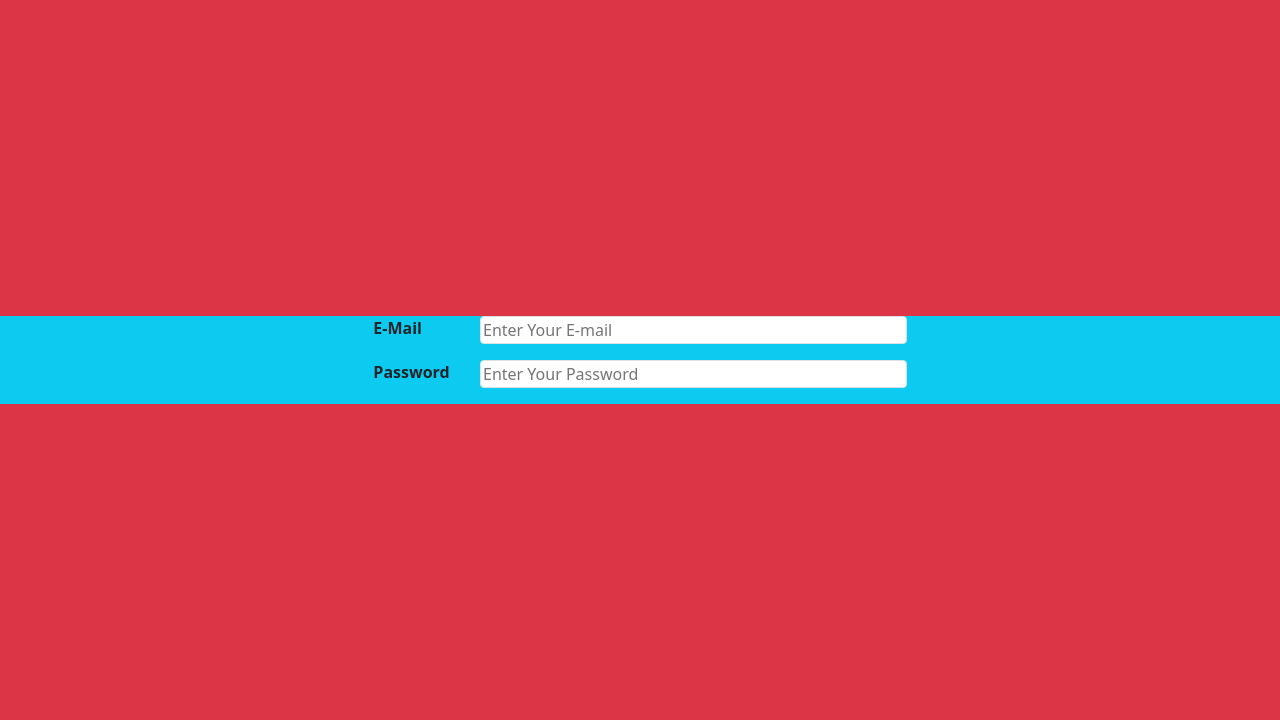
Repository: mariamkhaledsapra/E-Commerce-main
Page: /login
These files come from the project's save history. The page is drawn as it stood at one moment and after the next save; the edit follows.
The browser window is 1280 px wide. The pictures show the whole page.
The project was rebuilt for these pictures with package versions that can differ from the ones it lists, and the page was loaded fresh each time. Also part of the build but not shown: src/App.css, src/components/Navbar.jsx, src/App.js.

Above is the page before, as saved 2024-02-13 21:50:14.

After the next save:
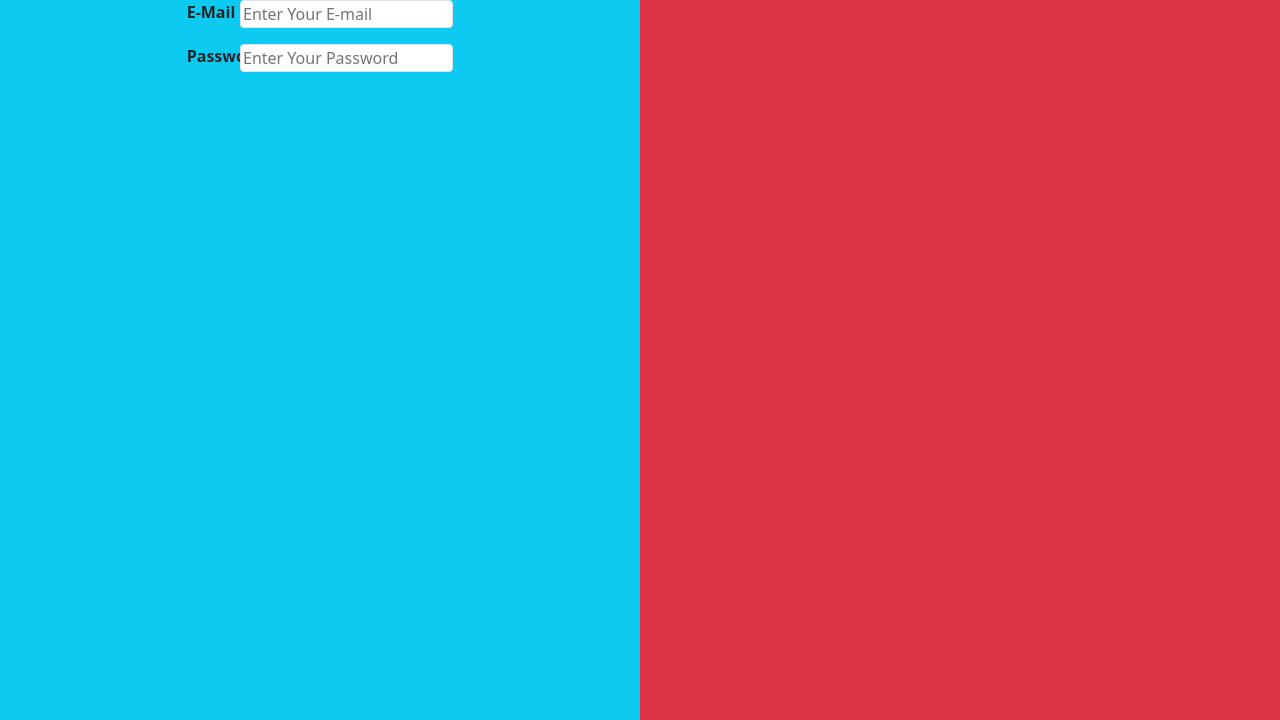
Saved 14 s later.
--- a/src/components/Login.jsx
+++ b/src/components/Login.jsx
@@ -4,7 +4,7 @@
   return (
     <div className="bg-danger d-flex" style={{ height: "100vh" }}>
       {" "}
-      <div className="login  bg-info">
+      <div className="col-6  bg-info">
         {" "}
         <div className="mb-3  d-flex justify-content-center ">
           <label className="fw-bolder col-1">E-Mail</label>

After the 3 saves that followed:
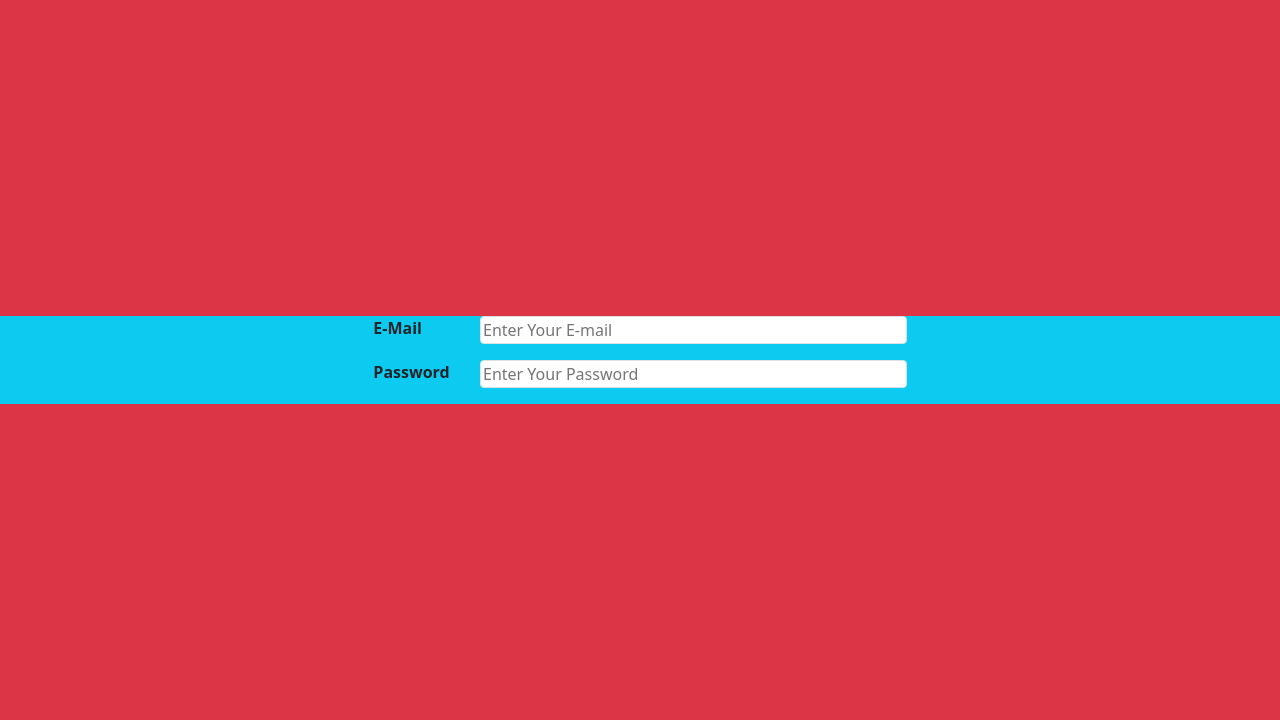
The 3 saves are shown as one change because 1 left the picture as it was and some came seconds apart.
The last was saved 16 s later.
--- a/src/components/Login.jsx
+++ b/src/components/Login.jsx
@@ -4,7 +4,7 @@
   return (
     <div className="bg-danger d-flex" style={{ height: "100vh" }}>
       {" "}
-      <div className="col-6  bg-info">
+      <div className="login  bg-info">
         {" "}
         <div className="mb-3  d-flex justify-content-center ">
           <label className="fw-bolder col-1">E-Mail</label>
